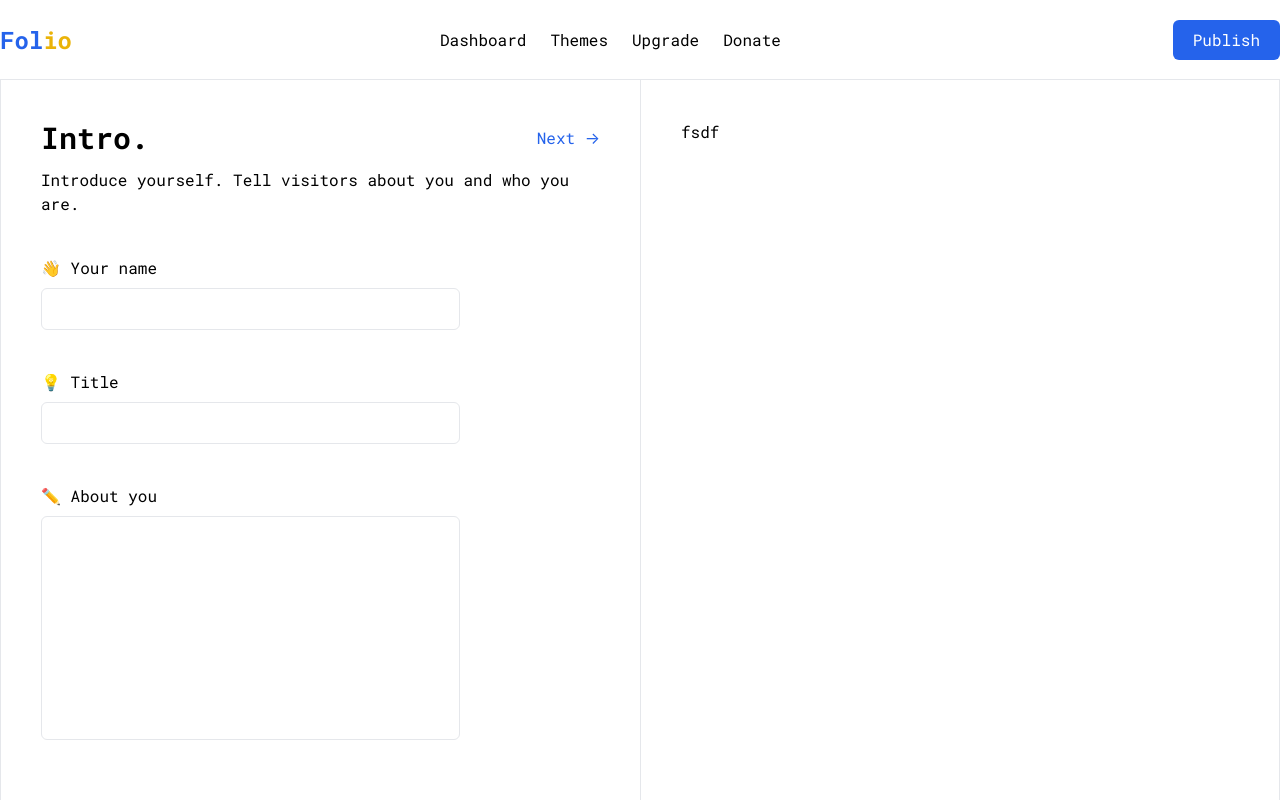
Repository: langford-dev/follio
Page: /
The author's editor kept a copy of each file at every save. The page is drawn from the files as they stood at one save, then again after the next save.
The browser window is 1280 px wide. The pictures show the whole page.
The project was rebuilt for these pictures with package versions that can differ from the ones it lists, and the page was loaded fresh each time. The framework's server and built-in components were replaced by stand-ins that run in the browser. Also part of the build but not shown: next.config.js.

Above is the page before, as saved 2022-03-19 11:11:03.

### pages/_app.js
import { AppProvider } from '../context/context'
import '../styles/globals.css'

function MyApp({ Component, pageProps }) {
  return <AppProvider>
    <Component {...pageProps} />
  </AppProvider>
}

export default MyApp

### pages/index.js
import EditView from '../components/body'
import Header from '../components/header'

export default function Home() {
  return <div>
    <Header />
    <EditView />
  </div>
}

### context/context.js
import { createContext, useEffect } from "react"

export const AppContext = createContext()

export const AppProvider = ({ children }) => {
    return <AppContext.Provider>
        {children}
    </AppContext.Provider>
}

### styles/globals.css
/* @import url('https://fonts.googleapis.com/css2?family=Poppins:wght@300;400;500;600;700;800&display=swap'); */
@import url('https://fonts.googleapis.com/css2?family=Roboto+Mono:wght@100;200;300;400;500;600;700&display=swap');

@tailwind base;
@tailwind components;
@tailwind utilities;


html,
body {
  /* background: #e2e8f013; */
  padding: 0;
  margin: 0;
}

a {
  color: inherit;
  text-decoration: none;
}

* {
  box-sizing: border-box;
  font-family: "Roboto Mono", -apple-system, BlinkMacSystemFont, Segoe UI, Roboto, Oxygen,
    Ubuntu, Cantarell, Fira Sans, Droid Sans, Helvetica Neue, sans-serif;
}

### components/body.js
import { useState } from "react"

const styles = {
    pageView: `m-auto max-w-screen-xl h-screen pt-20`,
    title: `text-3xl font-bold`,
    flexView: `flex h-screen`,
    editingView: `w-1/2 p-10 border-l`,
    preview: `border-l w-1/2 p-10 border-r`,
    inputContainer: `flex flex-col mt-10`,
    input: `border p-2 outline-none mt-2 w-9/12 rounded-md`,
    textArea: `border p-2 outline-none mt-2 w-9/12 rounded-md resize-none h-56`,
    label: ``,
    textButton: `text-blue-600 cursor-pointer`,
    pageTitleView: `flex items-center justify-between`,
}

const EditView = () => {
    const [viewCount, setViewCount] = useState(0)

    return <div className={styles.pageView}>
        <div className={styles.flexView}>
            <div className={styles.editingView}>
                <div>
                    <div className={styles.pageTitleView}>
                        <p className={styles.title}>Intro.</p>
                        <p className={styles.textButton}>Next &rarr;</p>
                    </div>
                    <p className="mt-3 mb-5">Introduce yourself. Tell visitors about you and who you are.</p>
                </div>
                <div className={styles.inputContainer}>
                    <label className={styles.label}>👋 Your name</label>
                    <input type="text" className={styles.input} />
                </div>
                <div className={styles.inputContainer}>
                    <label className={styles.label}>💡 Title</label>
                    <input type="text" className={styles.input} />
                </div>
                <div className={styles.inputContainer}>
                    <label className={styles.label}>✏️ About you</label>
                    <textarea type="text" className={styles.textArea} />
                </div>
            </div>
            <div className={styles.preview}>fsdf</div>
        </div>
    </div>
}

export default EditView

### components/header.js
import Link from "next/link"
import Logo from "./logo"

const styles = {
    header: `border-b h-20 bg-white fixed w-screen top-0 left-0`,
    headerWrapper: `m-auto max-w-screen-xl h-full flex items-center justify-between`,
    button: `bg bg-blue-600 text-white h-10 px-5 flex items-center justify-center rounded-md cursor-pointer`,
    nav: `flex`,
    navLink: `mr-6 hover:text-blue-600 cursor-pointer`,
}

const Header = () => {
    return <header className={styles.header}>
        <div className={styles.headerWrapper}>
            <Logo />
            <nav className={styles.nav}>
                <Link passHref={true} href="/"><p className={styles.navLink}>Dashboard</p></Link>
                <Link passHref={true} href="/"><p className={styles.navLink}>Themes</p></Link>
                <Link passHref={true} href="/"><p className={styles.navLink}>Upgrade</p></Link>
                <Link passHref={true} href="/"><p className={styles.navLink}>Donate</p></Link>
            </nav>
            <div className="flex items-center">
                <div className={styles.button}>Publish</div>
            </div>
        </div>
    </header>
}

export default Header

### components/logo.js
const Logo = () => {
    return <p className="font-bold text-2xl text-blue-600">Fol<span className="text-yellow-500">io</span></p>
}

export default Logo

Loaded but not shown: tailwind.config.js (common file)

After the next save:
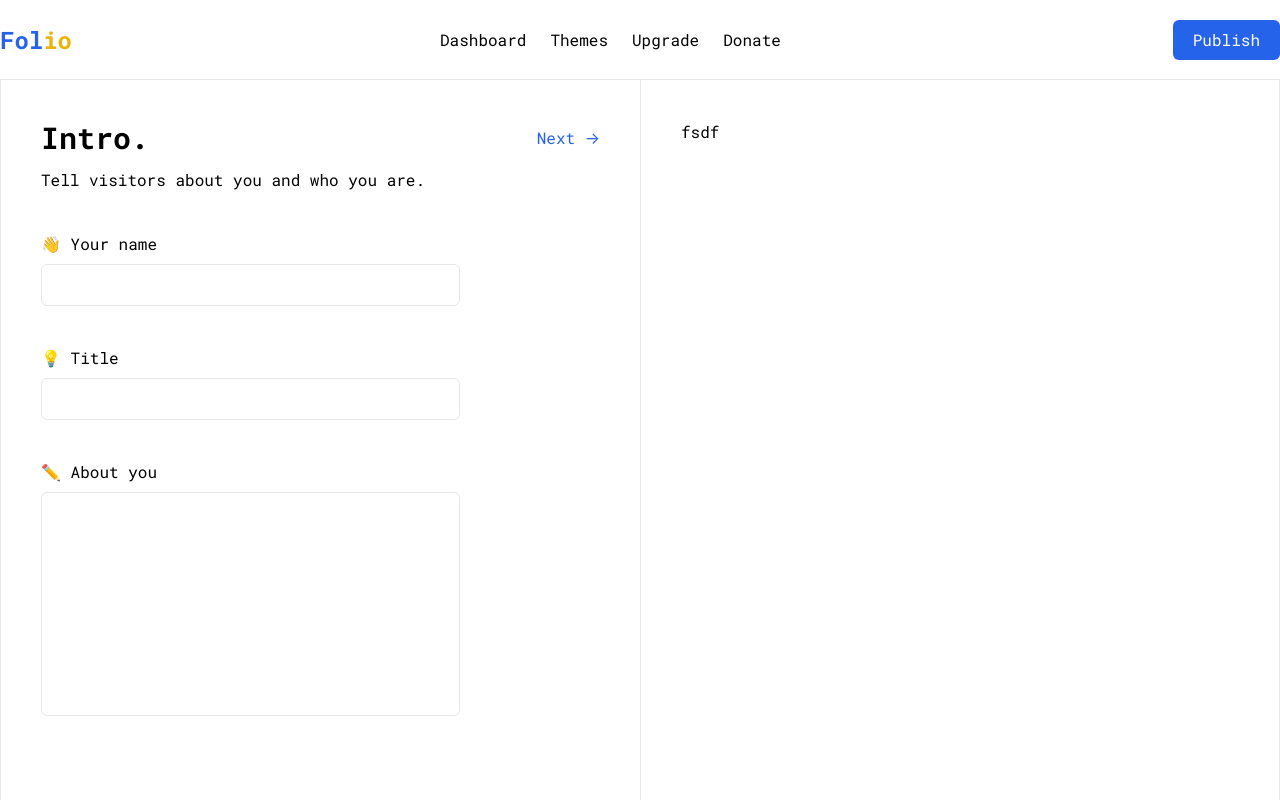
Saved 8 s later.
--- a/components/body.js
+++ b/components/body.js
@@ -25,7 +25,7 @@ const EditView = () => {
                         <p className={styles.title}>Intro.</p>
                         <p className={styles.textButton}>Next &rarr;</p>
                     </div>
-                    <p className="mt-3 mb-5">Introduce yourself. Tell visitors about you and who you are.</p>
+                    <p className="mt-3 mb-5">Tell visitors about you and who you are.</p>
                 </div>
                 <div className={styles.inputContainer}>
                     <label className={styles.label}>👋 Your name</label>
